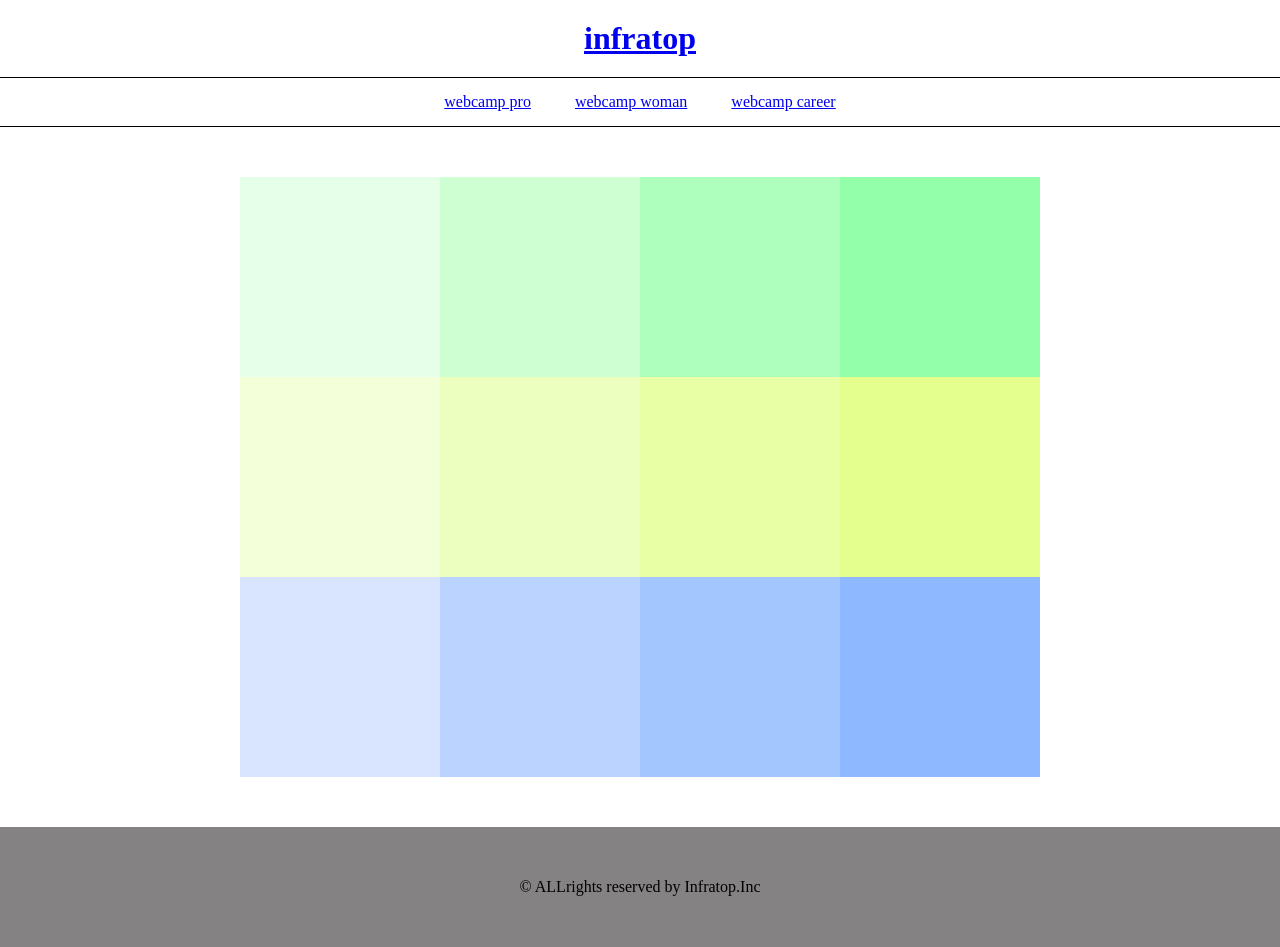
Repository: matsumurashin/flex
Page: chapter5-exercise/chap5.html
The author's editor kept a record of every edit. The page is drawn from the files as they stood at one moment, then again after the next edit.
The browser window is 1280 px wide. The pictures show the whole page.

Above is the page before.

After the next edit:
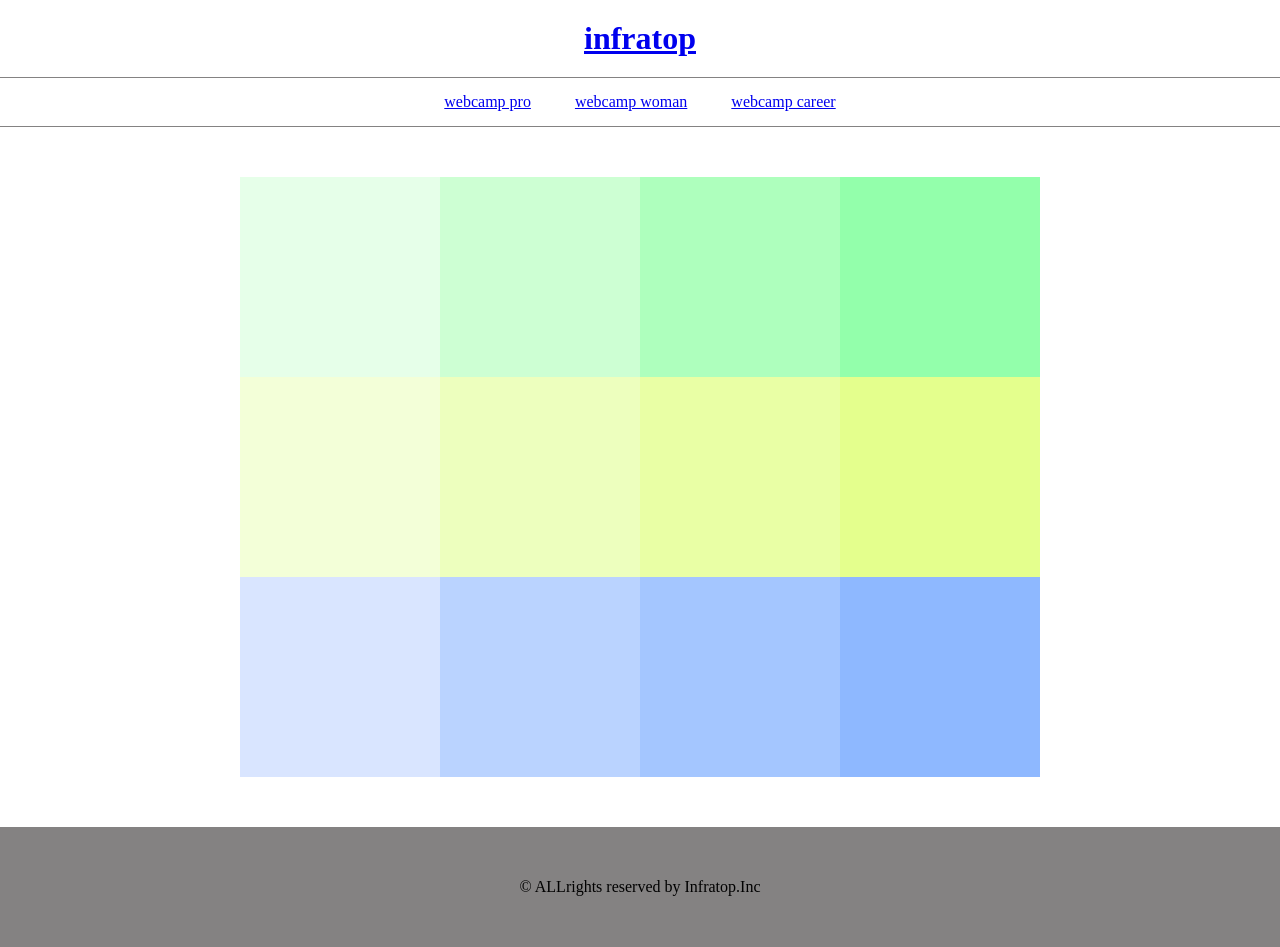
The edit:
--- a/chapter5-exercise/chap5.css
+++ b/chapter5-exercise/chap5.css
@@ -14,8 +14,8 @@
   text-align: center;
   padding: 15px 0;
   margin: 0 auto;
-  border-bottom: 1px solid;
-  border-top: 1px solid;
+  border-bottom: 1px solid #848282;
+  border-top: 1px solid #848282;
 }
 
 .nav-list-item {
